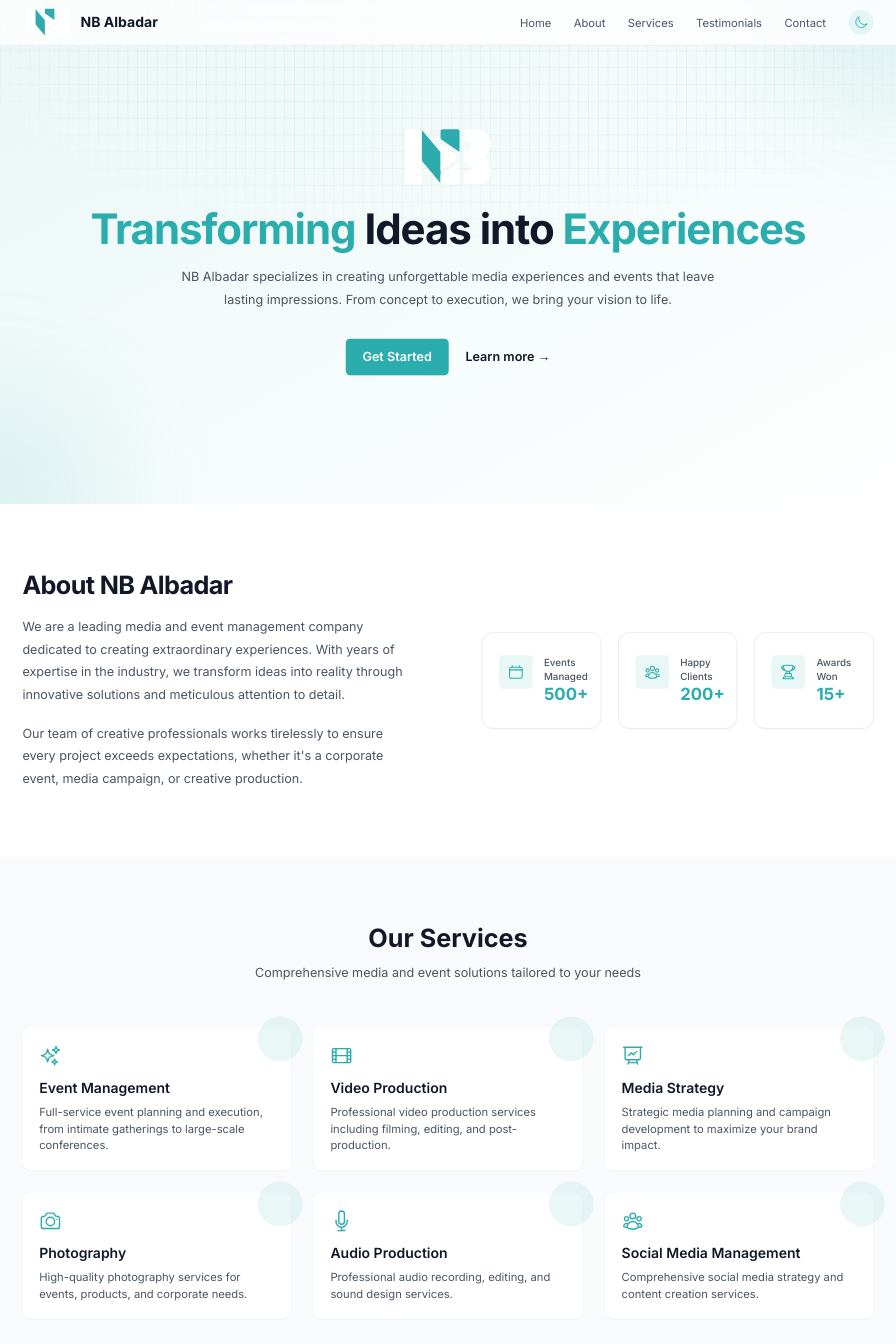
Repository: omartetano99/nb-albadr-website
Page: /
The author's editor kept a copy of each file at every save. The page is drawn from the files as they stood at one save, then again after the next save.
The browser window is 1280 px wide. The pictures show the part of the page from y = 0 to 1920 px (the page is 3646 px tall), at 70% of full size.
The project was rebuilt for these pictures with package versions that can differ from the ones it lists, and the page was loaded fresh each time. The framework's server and built-in components were replaced by stand-ins that run in the browser. Also part of the build but not shown: next.config.mjs.

Above is the page before, as saved 2025-01-31 16:47:25.

### src/app/layout.tsx
import type { Metadata } from "next";
import { Inter } from "next/font/google";
import "./globals.css";
import { ThemeProvider } from "@/components/ThemeProvider";

const inter = Inter({ subsets: ["latin"] });

export const metadata: Metadata = {
  title: "Noon Brand Al-Badr Media & Event",
  description: "Professional media and event management services",
};

export default function RootLayout({
  children,
}: {
  children: React.ReactNode
}) {
  return (
    <html lang="en" suppressHydrationWarning>
      <body className={`${inter.className} antialiased`}>
        <ThemeProvider
          attribute="class"
          defaultTheme="system"
          enableSystem
          disableTransitionOnChange
        >
          <div className="min-h-screen bg-white dark:bg-gray-900 text-gray-900 dark:text-gray-100 transition-colors duration-300">
            {children}
          </div>
        </ThemeProvider>
      </body>
    </html>
  );
}

### src/app/page.tsx
import { Navbar } from '@/components/Navbar'
import { Hero } from '@/components/Hero'
import { About } from '@/components/About'
import { Services } from '@/components/Services'
import { Testimonials } from '@/components/Testimonials'
import { Contact } from '@/components/Contact'
import { Footer } from '@/components/Footer'

export default function Home() {
  return (
    <main>
      <Navbar />
      <Hero />
      <About />
      <Services />
      <Testimonials />
      <Contact />
      <Footer />
    </main>
  )
}

### src/app/globals.css
@tailwind base;
@tailwind components;
@tailwind utilities;

@layer base {
  html {
    @apply antialiased;
  }
}

:root {
  --background: #ffffff;
  --foreground: #171717;
}

@media (prefers-color-scheme: dark) {
  :root {
    --background: #0a0a0a;
    --foreground: #ededed;
  }
}

body {
  color: var(--foreground);
  background: var(--background);
  font-family: Arial, Helvetica, sans-serif;
}

### src/components/ThemeProvider.tsx
'use client'

import { ThemeProvider as NextThemesProvider } from 'next-themes'
import { type ThemeProviderProps } from 'next-themes/dist/types'

export function ThemeProvider({ children, ...props }: ThemeProviderProps) {
  return (
    <NextThemesProvider
      attribute="class"
      defaultTheme="system"
      enableSystem
      {...props}
    >
      {children}
    </NextThemesProvider>
  )
}

### src/components/Navbar.tsx
'use client'

import { useState } from 'react'
import Link from 'next/link'
import Image from 'next/image'
import { motion, AnimatePresence } from 'framer-motion'
import { ThemeToggle } from './ThemeToggle'
import { Bars3Icon, XMarkIcon } from '@heroicons/react/24/outline'

const navLinks = [
  { href: '/', label: 'Home' },
  { href: '/about', label: 'About' },
  { href: '/services', label: 'Services' },
  { href: '/testimonials', label: 'Testimonials' },
  { href: '/contact', label: 'Contact' },
]

export function Navbar() {
  const [isOpen, setIsOpen] = useState(false)

  return (
    <nav className="fixed w-full bg-white/80 dark:bg-gray-900/80 backdrop-blur-sm z-50 border-b border-gray-200 dark:border-gray-800">
      <div className="max-w-7xl mx-auto px-4 sm:px-6 lg:px-8">
        <div className="flex items-center justify-between h-16">
          <Link href="/" className="flex items-center">
            <Image
              src="/logo-nb.svg"
              alt="NB Albadar Logo"
              width={40}
              height={40}
              className="h-10 w-auto"
              priority
            />
            <span className="ml-2 text-xl font-bold text-gray-900 dark:text-white">
              NB Albadar
            </span>
          </Link>

          {/* Desktop Navigation */}
          <div className="hidden md:flex items-center space-x-8">
            {navLinks.map((link) => (
              <Link
                key={link.href}
                href={link.href}
                className="text-gray-600 dark:text-gray-300 hover:text-primary dark:hover:text-primary transition-colors"
              >
                {link.label}
              </Link>
            ))}
            <ThemeToggle />
          </div>

          {/* Mobile Navigation Button */}
          <div className="md:hidden flex items-center">
            <ThemeToggle />
            <button
              onClick={() => setIsOpen(!isOpen)}
              className="ml-2 p-2 rounded-md text-gray-600 dark:text-gray-300 hover:text-primary dark:hover:text-primary"
            >
              {isOpen ? (
                <XMarkIcon className="h-6 w-6" />
              ) : (
                <Bars3Icon className="h-6 w-6" />
              )}
            </button>
          </div>
        </div>
      </div>

      {/* Mobile Navigation Menu */}
      <AnimatePresence>
        {isOpen && (
          <motion.div
            initial={{ opacity: 0, height: 0 }}
            animate={{ opacity: 1, height: 'auto' }}
            exit={{ opacity: 0, height: 0 }}
            className="md:hidden border-t border-gray-200 dark:border-gray-800"
          >
            <div className="px-2 pt-2 pb-3 space-y-1">
              {navLinks.map((link) => (
                <Link
                  key={link.href}
                  href={link.href}
                  className="block px-3 py-2 rounded-md text-gray-600 dark:text-gray-300 hover:text-primary dark:hover:text-primary hover:bg-gray-100 dark:hover:bg-gray-800 transition-colors"
                  onClick={() => setIsOpen(false)}
                >
                  {link.label}
                </Link>
              ))}
            </div>
          </motion.div>
        )}
      </AnimatePresence>
    </nav>
  )
}

### src/components/Hero.tsx
'use client'

import { motion } from 'framer-motion'
import Image from 'next/image'

export function Hero() {
  return (
    <div className="relative min-h-screen flex items-center justify-center overflow-hidden">
      {/* Background Pattern */}
      <div className="absolute inset-0 bg-gradient-to-br from-primary/10 to-transparent dark:from-primary/5" />
      <div className="absolute inset-0">
        <div className="absolute inset-0 bg-[linear-gradient(to_right,#80808012_1px,transparent_1px),linear-gradient(to_bottom,#80808012_1px,transparent_1px)] bg-[size:14px_24px] [mask-image:radial-gradient(ellipse_60%_50%_at_50%_0%,#000_70%,transparent_100%)]" />
      </div>

      <div className="relative max-w-7xl mx-auto px-4 sm:px-6 lg:px-8 py-32">
        <motion.div
          initial={{ opacity: 0, y: 20 }}
          animate={{ opacity: 1, y: 0 }}
          transition={{ duration: 0.8 }}
          className="text-center"
        >
          <motion.div
            initial={{ opacity: 0, y: 20 }}
            animate={{ opacity: 1, y: 0 }}
            transition={{ duration: 0.8, delay: 0.1 }}
            className="flex justify-center mb-8"
          >
            <Image
              src="/logo-nb.svg"
              alt="NB Albadar Logo"
              width={80}
              height={80}
              className="h-20 w-auto"
              priority
            />
          </motion.div>

          <motion.h1
            initial={{ opacity: 0, y: 20 }}
            animate={{ opacity: 1, y: 0 }}
            transition={{ duration: 0.8, delay: 0.2 }}
            className="text-4xl font-bold tracking-tight text-gray-900 dark:text-white sm:text-6xl"
          >
            <span className="text-primary">Transforming</span> Ideas into{' '}
            <span className="text-primary">Experiences</span>
          </motion.h1>

          <motion.p
            initial={{ opacity: 0, y: 20 }}
            animate={{ opacity: 1, y: 0 }}
            transition={{ duration: 0.8, delay: 0.4 }}
            className="mt-6 text-lg leading-8 text-gray-600 dark:text-gray-300 max-w-3xl mx-auto"
          >
            NB Albadar specializes in creating unforgettable media experiences and events
            that leave lasting impressions. From concept to execution, we bring
            your vision to life.
          </motion.p>

          <motion.div
            initial={{ opacity: 0, y: 20 }}
            animate={{ opacity: 1, y: 0 }}
            transition={{ duration: 0.8, delay: 0.6 }}
            className="mt-10 flex items-center justify-center gap-x-6"
          >
            <a
              href="/contact"
              className="rounded-md bg-primary px-6 py-3 text-lg font-semibold text-white shadow-sm hover:bg-primary-dark transition-colors duration-300"
            >
              Get Started
            </a>
            <a
              href="/services"
              className="text-lg font-semibold leading-6 text-gray-900 dark:text-white hover:text-primary dark:hover:text-primary transition-colors duration-300"
            >
              Learn more <span aria-hidden="true">→</span>
            </a>
          </motion.div>
        </motion.div>
      </div>

      {/* Animated Shapes */}
      <motion.div
        animate={{
          scale: [1, 1.2, 1],
          rotate: [0, 90, 0],
        }}
        transition={{
          duration: 20,
          repeat: Infinity,
          ease: 'linear',
        }}
        className="absolute -top-40 -right-40 w-80 h-80 bg-primary/10 rounded-full blur-3xl"
      />
      <motion.div
        animate={{
          scale: [1, 1.2, 1],
          rotate: [0, -90, 0],
        }}
        transition={{
          duration: 25,
          repeat: Infinity,
          ease: 'linear',
        }}
        className="absolute -bottom-40 -left-40 w-80 h-80 bg-primary/10 rounded-full blur-3xl"
      />
    </div>
  )
}

### src/components/About.tsx
'use client'

import { motion } from 'framer-motion'
import { CalendarIcon, UserGroupIcon, TrophyIcon } from '@heroicons/react/24/outline'

const stats = [
  {
    label: 'Events Managed',
    value: '500+',
    icon: CalendarIcon,
  },
  {
    label: 'Happy Clients',
    value: '200+',
    icon: UserGroupIcon,
  },
  {
    label: 'Awards Won',
    value: '15+',
    icon: TrophyIcon,
  },
]

export function About() {
  return (
    <section className="py-24 overflow-hidden">
      <div className="max-w-7xl mx-auto px-4 sm:px-6 lg:px-8">
        <div className="lg:grid lg:grid-cols-2 lg:gap-24 lg:items-center">
          <motion.div
            initial={{ opacity: 0, x: -20 }}
            whileInView={{ opacity: 1, x: 0 }}
            viewport={{ once: true }}
            transition={{ duration: 0.5 }}
          >
            <h2 className="text-3xl font-bold tracking-tight text-gray-900 dark:text-white sm:text-4xl">
              About NB Albadar
            </h2>
            <motion.p
              initial={{ opacity: 0, y: 20 }}
              whileInView={{ opacity: 1, y: 0 }}
              viewport={{ once: true }}
              transition={{ duration: 0.5, delay: 0.2 }}
              className="mt-6 text-lg leading-8 text-gray-600 dark:text-gray-300"
            >
              We are a leading media and event management company dedicated to creating
              extraordinary experiences. With years of expertise in the industry, we
              transform ideas into reality through innovative solutions and meticulous
              attention to detail.
            </motion.p>
            <motion.p
              initial={{ opacity: 0, y: 20 }}
              whileInView={{ opacity: 1, y: 0 }}
              viewport={{ once: true }}
              transition={{ duration: 0.5, delay: 0.3 }}
              className="mt-6 text-lg leading-8 text-gray-600 dark:text-gray-300"
            >
              Our team of creative professionals works tirelessly to ensure every
              project exceeds expectations, whether it's a corporate event, media
              campaign, or creative production.
            </motion.p>
          </motion.div>

          <motion.div
            initial={{ opacity: 0, x: 20 }}
            whileInView={{ opacity: 1, x: 0 }}
            viewport={{ once: true }}
            transition={{ duration: 0.5, delay: 0.4 }}
            className="mt-20 lg:mt-0"
          >
            <dl className="grid grid-cols-1 gap-6 sm:grid-cols-3">
              {stats.map((stat) => (
                <motion.div
                  key={stat.label}
                  whileHover={{ scale: 1.05 }}
                  className="relative bg-white dark:bg-gray-900 px-6 py-8 rounded-2xl shadow-sm border border-gray-200 dark:border-gray-800"
                >
                  <dt>
                    <div className="absolute bg-primary/10 rounded-md p-3">
                      <stat.icon
                        className="h-6 w-6 text-primary"
                        aria-hidden="true"
                      />
                    </div>
                    <p className="ml-16 text-sm font-medium text-gray-600 dark:text-gray-300">
                      {stat.label}
                    </p>
                  </dt>
                  <dd className="ml-16 text-2xl font-bold text-primary">
                    {stat.value}
                  </dd>
                </motion.div>
              ))}
            </dl>
          </motion.div>
        </div>
      </div>
    </section>
  )
}

### src/components/Services.tsx
'use client'

import { motion } from 'framer-motion'
import {
  FilmIcon,
  SparklesIcon,
  PresentationChartLineIcon,
  CameraIcon,
  MicrophoneIcon,
  UserGroupIcon,
} from '@heroicons/react/24/outline'

const services = [
  {
    title: 'Event Management',
    description: 'Full-service event planning and execution, from intimate gatherings to large-scale conferences.',
    icon: SparklesIcon,
  },
  {
    title: 'Video Production',
    description: 'Professional video production services including filming, editing, and post-production.',
    icon: FilmIcon,
  },
  {
    title: 'Media Strategy',
    description: 'Strategic media planning and campaign development to maximize your brand impact.',
    icon: PresentationChartLineIcon,
  },
  {
    title: 'Photography',
    description: 'High-quality photography services for events, products, and corporate needs.',
    icon: CameraIcon,
  },
  {
    title: 'Audio Production',
    description: 'Professional audio recording, editing, and sound design services.',
    icon: MicrophoneIcon,
  },
  {
    title: 'Social Media Management',
    description: 'Comprehensive social media strategy and content creation services.',
    icon: UserGroupIcon,
  },
]

const containerVariants = {
  hidden: {},
  visible: {
    transition: {
      staggerChildren: 0.1,
    },
  },
}

const itemVariants = {
  hidden: {
    opacity: 0,
    y: 20,
  },
  visible: {
    opacity: 1,
    y: 0,
    transition: {
      duration: 0.5,
    },
  },
}

export function Services() {
  return (
    <section className="py-24 bg-gray-50 dark:bg-gray-800/50">
      <div className="max-w-7xl mx-auto px-4 sm:px-6 lg:px-8">
        <div className="text-center">
          <motion.h2
            initial={{ opacity: 0, y: 20 }}
            whileInView={{ opacity: 1, y: 0 }}
            viewport={{ once: true }}
            transition={{ duration: 0.5 }}
            className="text-3xl font-bold text-gray-900 dark:text-white sm:text-4xl"
          >
            Our Services
          </motion.h2>
          <motion.p
            initial={{ opacity: 0, y: 20 }}
            whileInView={{ opacity: 1, y: 0 }}
            viewport={{ once: true }}
            transition={{ duration: 0.5, delay: 0.2 }}
            className="mt-4 text-lg text-gray-600 dark:text-gray-300"
          >
            Comprehensive media and event solutions tailored to your needs
          </motion.p>
        </div>

        <motion.div
          variants={containerVariants}
          initial="hidden"
          whileInView="visible"
          viewport={{ once: true }}
          className="mt-16 grid gap-8 sm:grid-cols-2 lg:grid-cols-3"
        >
          {services.map((service, index) => (
            <motion.div
              key={service.title}
              variants={itemVariants}
              whileHover={{ scale: 1.02 }}
              className="relative p-6 bg-white dark:bg-gray-900 rounded-xl shadow-sm hover:shadow-md transition-shadow"
            >
              <div className="absolute top-0 right-0 -mt-4 -mr-4 h-16 w-16 bg-primary/10 rounded-full" />
              <service.icon className="relative h-8 w-8 text-primary mb-4" />
              <h3 className="text-xl font-semibold text-gray-900 dark:text-white">
                {service.title}
              </h3>
              <p className="mt-2 text-gray-600 dark:text-gray-300">
                {service.description}
              </p>
            </motion.div>
          ))}
        </motion.div>
      </div>
    </section>
  )
}

### src/components/Testimonials.tsx
'use client'

import { motion } from 'framer-motion'
import { StarIcon } from '@heroicons/react/24/solid'

const testimonials = [
  {
    content:
      "Noon Brand Al-Badr transformed our corporate event into an unforgettable experience. Their attention to detail and professional approach exceeded our expectations.",
    author: "Sarah Johnson",
    role: "Marketing Director",
    company: "Tech Innovations Ltd",
  },
  {
    content:
      "The team's creativity and dedication to our media campaign was outstanding. They delivered results that went above and beyond our goals.",
    author: "Mohammed Al-Rashid",
    role: "CEO",
    company: "Global Solutions",
  },
  {
    content:
      "Working with Noon Brand was a game-changer for our brand. Their strategic approach and flawless execution made all the difference.",
    author: "Emily Chen",
    role: "Brand Manager",
    company: "Creative Studios",
  },
]

export function Testimonials() {
  return (
    <section className="py-24 bg-gray-50 dark:bg-gray-800/50">
      <div className="max-w-7xl mx-auto px-4 sm:px-6 lg:px-8">
        <motion.div
          initial={{ opacity: 0, y: 20 }}
          whileInView={{ opacity: 1, y: 0 }}
          viewport={{ once: true }}
          transition={{ duration: 0.5 }}
          className="text-center"
        >
          <h2 className="text-3xl font-bold text-gray-900 dark:text-white sm:text-4xl">
            What Our Clients Say
          </h2>
          <p className="mt-4 text-lg text-gray-600 dark:text-gray-300">
            Don't just take our word for it - hear from some of our satisfied clients
          </p>
        </motion.div>

        <div className="mt-16 grid gap-8 md:grid-cols-2 lg:grid-cols-3">
          {testimonials.map((testimonial, index) => (
            <motion.div
              key={testimonial.author}
              initial={{ opacity: 0, y: 20 }}
              whileInView={{ opacity: 1, y: 0 }}
              viewport={{ once: true }}
              transition={{ duration: 0.5, delay: index * 0.1 }}
              whileHover={{ scale: 1.02 }}
              className="relative bg-white dark:bg-gray-900 p-6 rounded-2xl shadow-sm"
            >
              <div className="absolute top-0 right-0 -mt-3 -mr-3">
                <div className="flex">
                  {[...Array(5)].map((_, i) => (
                    <StarIcon
                      key={i}
                      className="h-6 w-6 text-primary"
                      aria-hidden="true"
                    />
                  ))}
                </div>
              </div>

              <div className="mt-8">
                <blockquote>
                  <p className="text-lg text-gray-600 dark:text-gray-300">
                    "{testimonial.content}"
                  </p>
                </blockquote>
                <div className="mt-6">
                  <p className="font-medium text-gray-900 dark:text-white">
                    {testimonial.author}
                  </p>
                  <p className="mt-1 text-sm text-gray-600 dark:text-gray-400">
                    {testimonial.role} at {testimonial.company}
                  </p>
                </div>
              </div>
            </motion.div>
          ))}
        </div>
      </div>
    </section>
  )
}

### src/components/ThemeToggle.tsx
'use client'

import { SunIcon, MoonIcon } from '@heroicons/react/24/outline'
import { useTheme } from 'next-themes'
import { useEffect, useState } from 'react'
import { motion } from 'framer-motion'

export function ThemeToggle() {
  const [mounted, setMounted] = useState(false)
  const { theme, setTheme } = useTheme()

  useEffect(() => {
    setMounted(true)
  }, [])

  if (!mounted) return null

  return (
    <motion.button
      whileHover={{ scale: 1.05 }}
      whileTap={{ scale: 0.95 }}
      onClick={() => setTheme(theme === 'dark' ? 'light' : 'dark')}
      className="p-2 rounded-full bg-primary/10 hover:bg-primary/20 transition-colors"
      aria-label="Toggle theme"
    >
      {theme === 'dark' ? (
        <SunIcon className="w-5 h-5 text-primary" />
      ) : (
        <MoonIcon className="w-5 h-5 text-primary" />
      )}
    </motion.button>
  )
}

### tailwind.config.ts
import type { Config } from "tailwindcss";

const config: Config = {
  content: [
    "./src/pages/**/*.{js,ts,jsx,tsx,mdx}",
    "./src/components/**/*.{js,ts,jsx,tsx,mdx}",
    "./src/app/**/*.{js,ts,jsx,tsx,mdx}",
  ],
  darkMode: 'class',
  theme: {
    extend: {
      colors: {
        primary: {
          DEFAULT: '#2CADAD',
          light: '#33c2c2',
          dark: '#259898',
        },
        background: "var(--background)",
        foreground: "var(--foreground)",
      },
      animation: {
        'fade-in': 'fadeIn 0.5s ease-in-out',
        'slide-up': 'slideUp 0.5s ease-in-out',
      },
      keyframes: {
        fadeIn: {
          '0%': { opacity: '0' },
          '100%': { opacity: '1' },
        },
        slideUp: {
          '0%': { transform: 'translateY(20px)', opacity: '0' },
          '100%': { transform: 'translateY(0)', opacity: '1' },
        },
      },
    },
  },
  plugins: [],
}

export default config;

Loaded but not shown: src/components/Contact.tsx (159 lines, source omitted); src/components/Footer.tsx (121 lines, source omitted)

After the next save:
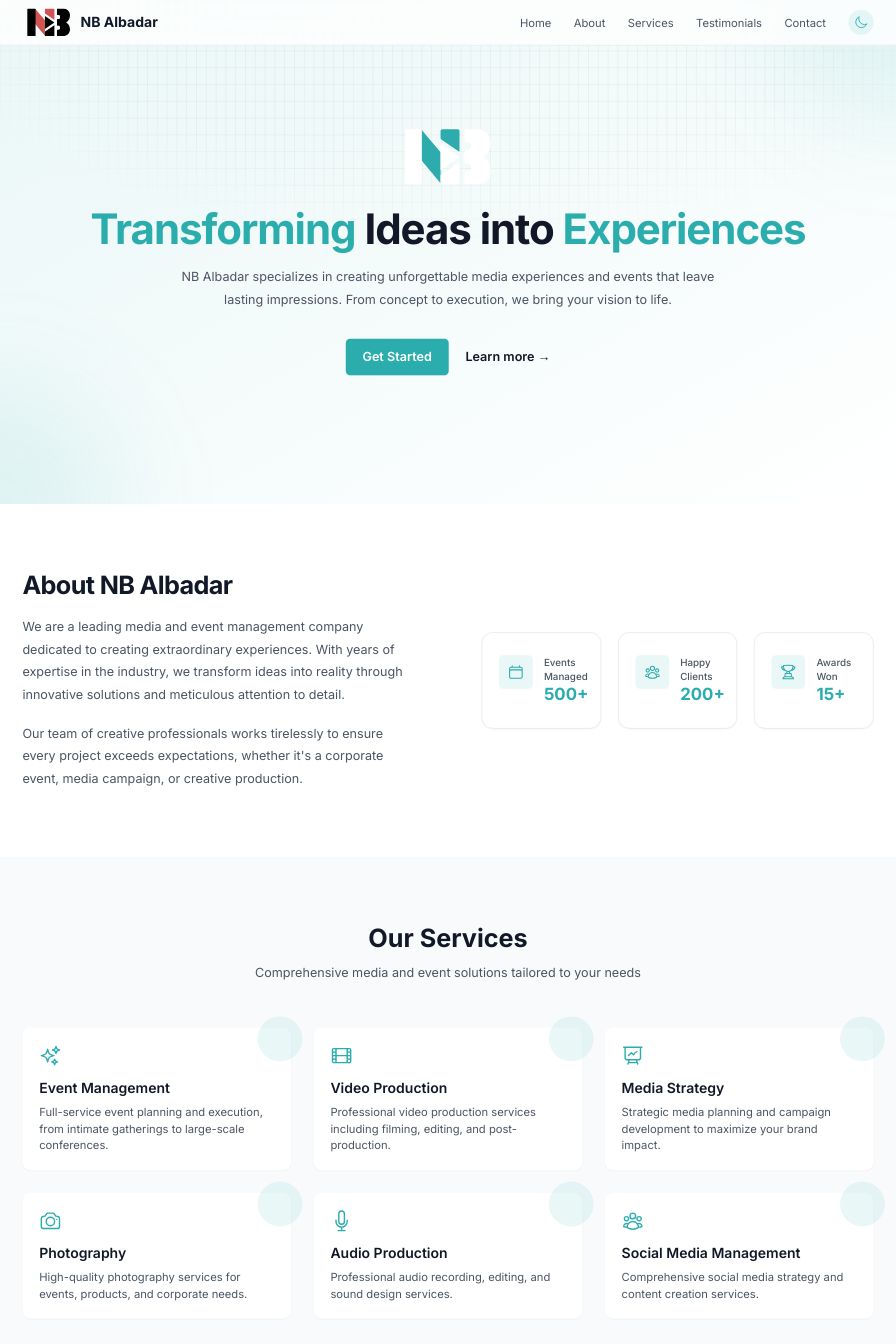
Saved 38 s later.
--- a/src/components/Navbar.tsx
+++ b/src/components/Navbar.tsx
@@ -28,7 +28,7 @@ export function Navbar() {
               alt="NB Albadar Logo"
               width={40}
               height={40}
-              className="h-10 w-auto"
+              className="h-10 w-auto invert dark:invert-0"
               priority
             />
             <span className="ml-2 text-xl font-bold text-gray-900 dark:text-white">
